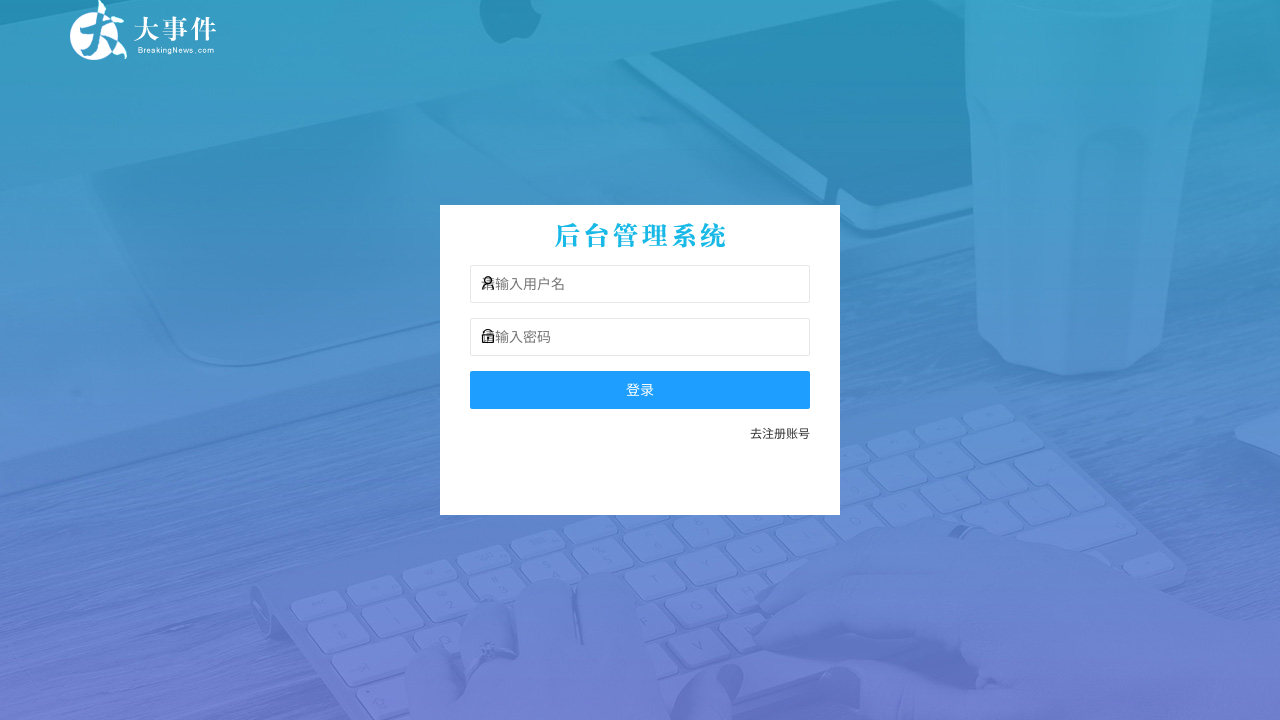
Repository: R1Deemo/Main-project
Page: login.html
These files come from the project's save history. The page is drawn as it stood at one moment and after the next save; the edit follows.
The browser window is 1280 px wide. The pictures show the whole page.

Above is the page before, as saved 2022-10-28 20:37:14.

### login.html
<!DOCTYPE html>
<html lang="en">

<head>
    <meta charset="UTF-8">
    <meta http-equiv="X-UA-Compatible" content="IE=edge">
    <meta name="viewport" content="width=device-width, initial-scale=1.0">
    <title>大事件-登录/注册</title>
    <link rel="stylesheet" href="/assets/css/login.css" />
    <link rel="stylesheet" href="/assets/lib/layui/css/layui.css" />
</head>

<body>
    <!-- 头部logo -->
    <div class="layui-main">
        <img src="/assets/images/logo.png" alt="" />
    </div>
    <!-- 登录注册 -->
    <div class="loginAndRegBox">
        <div class="title-box"></div>
        <!-- 登录 -->
        <div class="login-box">
            <!-- 登录的表单 -->
            <form class="layui-form" action="">
                <!-- 用户名-->
                <div class="layui-form-item">
                    <i class="layui-icon layui-icon-username"></i>
                    <input type="text" name="username" required lay-verify="required" placeholder="请输入用户名" autocomplete="off" class="layui-input">
                </div>
                <!-- 密码 -->
                <div class="layui-form-item">
                    <i class="layui-icon layui-icon-password"></i>
                    <input type="password" name="password" required lay-verify="required" placeholder="请输入密码" autocomplete="off" class="layui-input">
                </div>
                <!-- 登录按钮 -->
                <div class="layui-form-item">
                    <button class="layui-btn layui-btn-fluid layui-btn-normal" lay-submit lay-filter="formDemo">登录</button>
                </div>
                <div class="layui-form-item links">
                    <a href="javascript:;" id="link_reg">去注册账号</a>
                </div>
            </form>

        </div>
        <!-- 注册 -->
        <div class="reg-box"> <a href="javascript:;" id="link_login"> 去登陆</a> </div>

    </div>
    <!-- 导入jQuery -->
    <script src="/assets/lib/jquery.js"></script>
    <script src="/assets/js/login.js"></script>
</body>

</html>

### assets/css/login.css
html,
body {
    margin: 0;
    padding: 0;
    height: 100%;
    width: 100%;
    /* background-color: red; */
    background: url('/assets/images/login_bg.jpg') no-repeat center;
    background-size: cover;
}

.loginAndRegBox {
    width: 400px;
    height: 310px;
    background-color: #FFF;
    position: absolute;
    left: 50%;
    top: 50%;
    transform: translate(-50%, -50%);
}

.title-box {
    height: 60px;
    background: url('/assets/images/login_title.png')no-repeat center;
}

.reg-box {
    display: none;
}

.layui-form {
    padding: 0px 30px
}

.links {
    display: flex;
    justify-content: flex-end;
    /* float: right; */
}

.links a {
    font-size: 12px;
}

.layui-form-item {
    position: relative;
}

.layui-icon {
    position: absolute;
    left: 10px;
    top: 10px;
}

.layui-input {
    padding-left: 32px;
}

### assets/js/login.js
$(function() {
    $('#link_reg').on('click', function() {
        $('.reg-box').show()
        $('.login-box').hide()
    })

    $('#link_login').on('click', function() {
        $('.reg-box').hide()
        $('.login-box').show()
    })
})

Loaded but not shown: assets/lib/layui/css/layui.css (library); assets/lib/jquery.js (library)

After the next save:
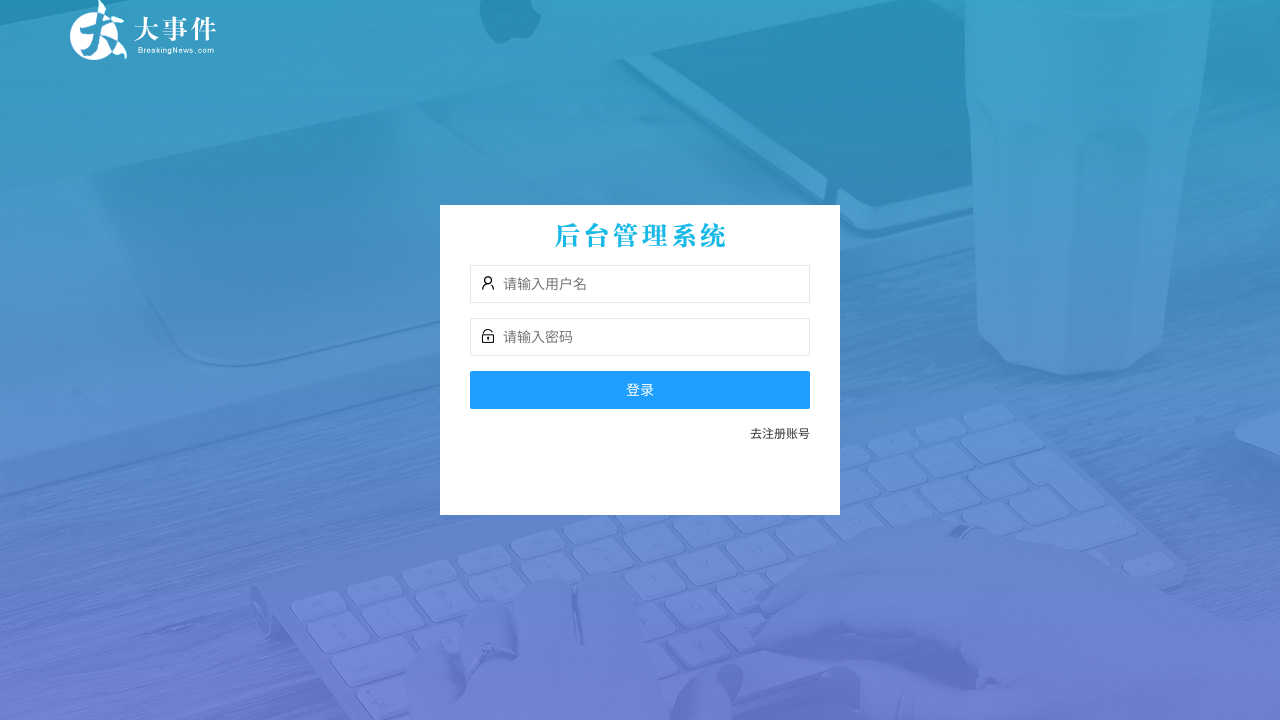
Saved 28 s later.
--- a/assets/css/login.css
+++ b/assets/css/login.css
@@ -52,6 +52,6 @@ body {
     top: 10px;
 }
 
-.layui-input {
+.layui-form-item .layui-input {
     padding-left: 32px;
 }
